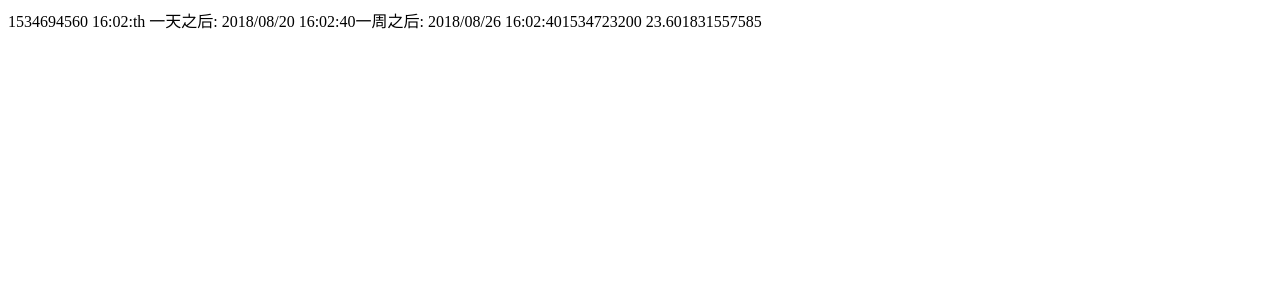
Repository: xiangyu-lin/Python_module
Page: http://localhost/9-dateAndTime/9-3timeStamp.php
These files come from the project's save history. The page is drawn as it stood at one moment and after the next save; the edit follows.
The browser window is 1280 px wide. The pictures show the whole page.
The page is run by PHP 8.4 with error messages shown; the project is at /var/www/html/.

Above is the page before, as saved 2018-08-20 14:10:00.

After the next save:
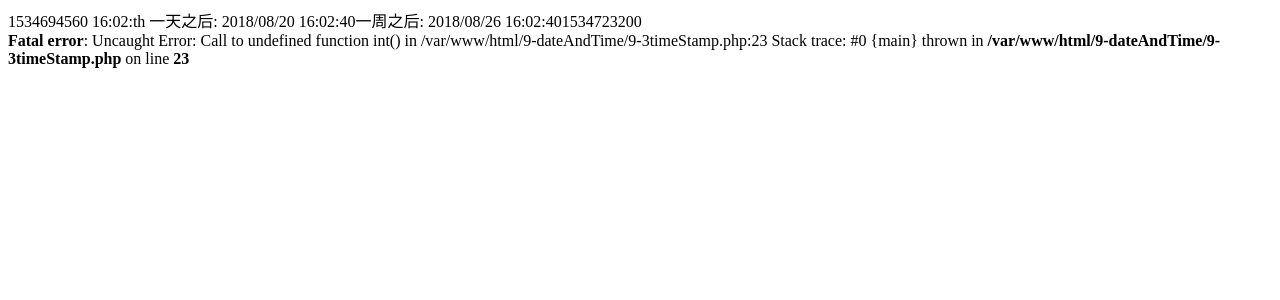
Saved 9 s later.
--- a/demo/9-dateAndTime/9-3timeStamp.php
+++ b/demo/9-dateAndTime/9-3timeStamp.php
@@ -20,4 +20,4 @@
 // 计算两个日期的时间差
 $birth = mktime(0,0,0,1,18,1995);
 $time = time();
-echo ($time - $birth)/24/3600/365;
+echo int(($time - $birth)/24/3600/365);

After the save that followed:
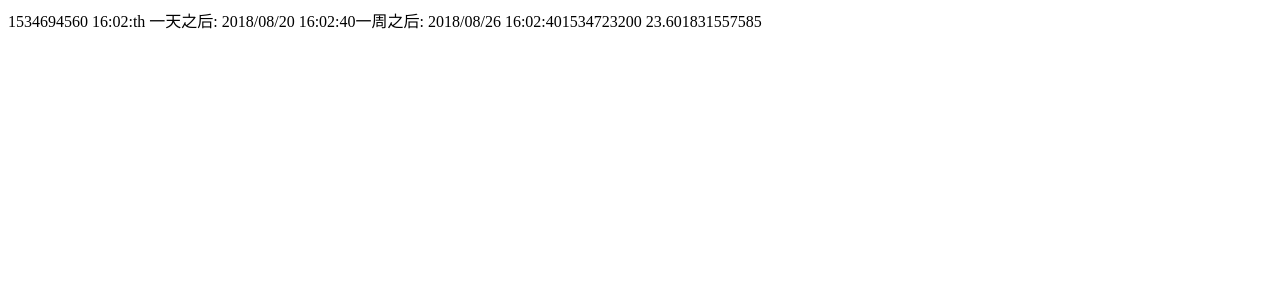
Saved 13 s later.
--- a/demo/9-dateAndTime/9-3timeStamp.php
+++ b/demo/9-dateAndTime/9-3timeStamp.php
@@ -20,4 +20,4 @@
 // 计算两个日期的时间差
 $birth = mktime(0,0,0,1,18,1995);
 $time = time();
-echo int(($time - $birth)/24/3600/365);
+echo ($time - $birth)/24/3600/365;
